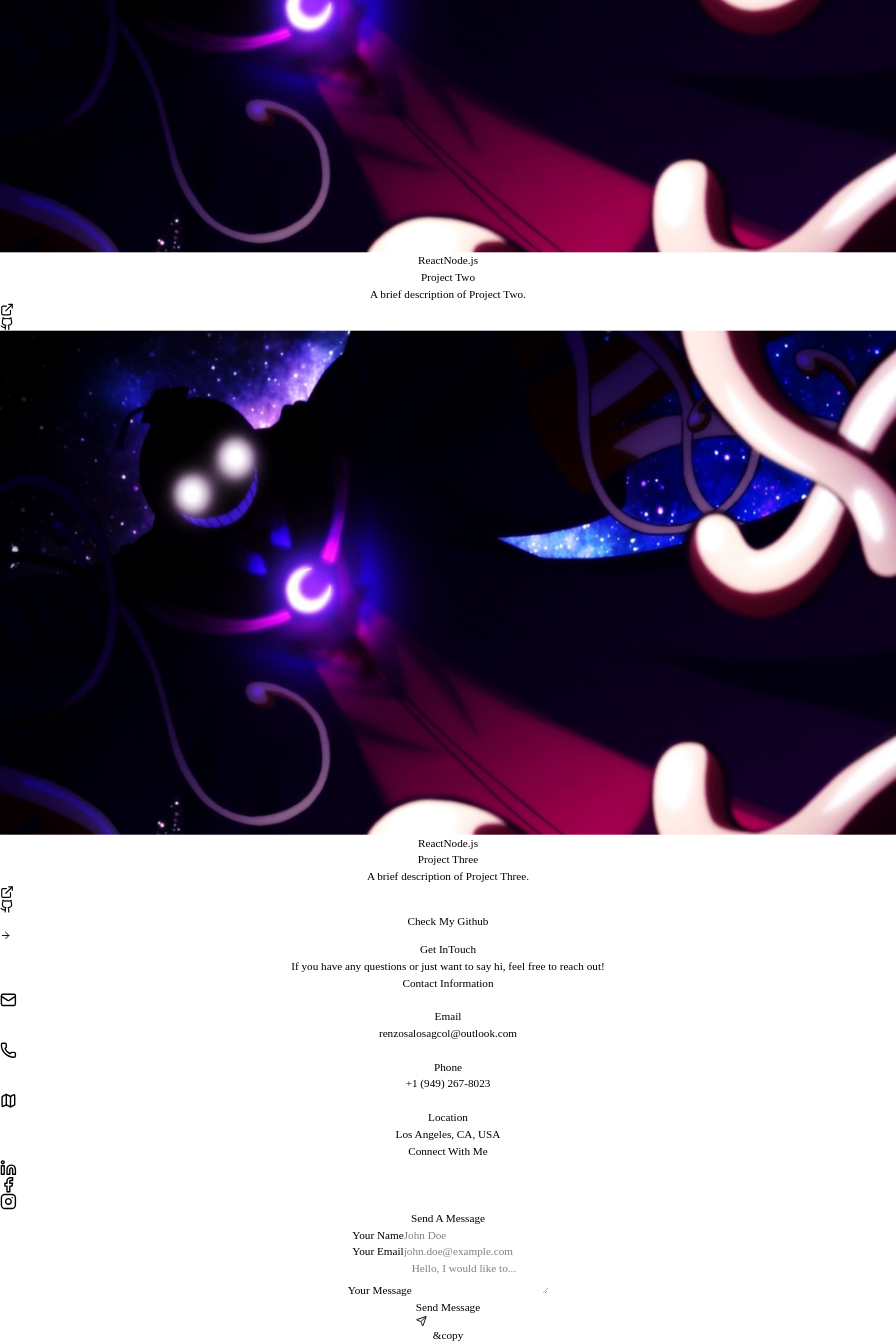
Repository: Renzo-Salosagcol/PERSONAL-PORTFOLIO
Page: /
These files come from the project's save history. The page is drawn as it stood at one moment and after a run of saves; the edit follows.
The browser window is 1280 px wide. The pictures show the part of the page from y = 2688 to 4608 px (the page is 4608 px tall), at 70% of full size.
The project was rebuilt for these pictures with package versions that can differ from the ones it lists, and the page was loaded fresh each time. Also part of the build but not shown: vite.config.js, src/pages/notFound.jsx.

Above is the page before, as saved 2025-10-06 21:43:57.

### src/index.css
@import "tailwindcss";

@theme {
  --color-border: hsl(var(--border));
  --color-background: hsl(var(--background));
  --color-foreground: hsl(var(--foreground));

  --color-primary: hsl(var(--primary));
  --color-primary-foreground: hsl(var(--primary-foreground));

  --color-card: hsl(var(--card));

  --animate-float: float 6s ease-in-out infinite;
  --animate-pulse-subtle: pulse-subtle 4s ease-in-out infinite;
  --animate-fade-in: fade-in 0.7s ease-out forwards;
  --animate-fade-in-delay-1: fade-in 0.7s ease-out 0.2s forwards;
  --animate-fade-in-delay-2: fade-in 0.7s ease-out 0.4s forwards;
  --animate-fade-in-delay-3: fade-in 0.7s ease-out 0.6s forwards;
  --animate-fade-in-delay-4: fade-in 0.7s ease-out 0.8s forwards;
  --animate-meteor: meteor 5s linear infinite;
}

@keyframes float {
  0%,
  100% {
    transform: translateY(0);
  }
  50% {
    transform: translateY(-10px);
  }
}

@keyframes pulse-subtle {
  0%,
  50% {
    opacity: 0.8;
  }
  100% {
    opacity: 1;
  }
}

@keyframes fade-in {
  from {
    opacity: 0;
    transform: translateY(20px);
  }
  to {
    opacity: 1;
    transform: translateY(0);
  }
}

@keyframes meteor {
  0% {
    transform: rotate(215deg) translateX(0);
    opacity: 1;
  }
  70% {
    opacity: 1;
  }
  100% {
    transform: rotate(215deg) translateX(-500px) ;
    opacity: 0;
  }
}

@layer base {
  :root {
    --background: 210 40% 98%;
    --foreground: 222 47% 11%;

    --card: 0 0% 100%;

    --primary: 259 47% 60%;
    --primary-foreground: 210 40% 98%;

    --border: 214 32% 91%;
  }

  .dark {
    --background: 222 47% 4%;
    --foreground: 213 31% 91%;

    --card: 222 47% 8%;

    --primary: 250 65% 65%;
    --primary-foreground: 213 31% 91%;

    --border: 217 33
  }

    * {
      @apply border-border;
    }

    html {
      @apply scroll-smooth;
    }

    body {
      @apply bg-background text-foreground transition-colors duration-300;
      font-feature-settings: "rlig" 1, "calt" 1;
    }
}

@utility container {
  margin-inline: auto;
  padding-inline: 2rem;

  @media (width >= 640px) {
    max-width: 640px;
  }

  @media (width >= 768px) {
    max-width: 768px;
  }

  @media (width >= 1024px) {
    max-width: 1024px;
  }

  @media (width >= 1280px) {
    max-width: 1280px;
  }

  @media (width >= 1400px) {
    max-width: 1400px;
  }

}

@utility text-glow {
  @apply relative;
  text-shadow: 0 0 10px rgb(167, 139, 250, 0.5);
}

@utility card-hover {
  @apply transition-transform duration-300 hover:scale-[1.02] hover:shadow-lg;
}

@utility gradient-border {
  @apply relative rounded-md;
  background: linear-gradient(to right, hsl(var(--card)));
  background-clip: padding-box;
  border: 1px solid transparent;
}

@utility cosmic-button {
  @apply px-5 py-2 rounded-full bg-primary text-primary-foreground font-medium
  transition-all duration-300 hover:shadow-[0_0_10px_rgba(139,92,246,0.5)]
  hover:scale-105 active:scale-95;
}

@utility star {
  @apply absolute bg-white rounded-full;
  box-shadow: 0 0 10px 2px rgba(255, 255, 255, 0.4);
}

@utility meteor {
  @apply absolute bg-linear-to-r from-white to-transparent rounded-full;
  box-shadow: 0 0 10px 5px rgba(255, 255, 255, 0.3);
}

#root {
  max-width: 100%;
  margin: 0 auto;
  padding: 0;
  text-align: center;
}

### src/App.jsx
import { BrowserRouter, Routes, Route } from "react-router-dom"
import { Home } from "./pages/home"
import { NotFound } from "./pages/notFound"

function App() {
  return (
    <>
        <BrowserRouter>
          <Routes>
            <Route index element={<Home />} />
            <Route path="*" element={<NotFound />} />
          </Routes>
        </BrowserRouter>
    </>
  );
}

export default App

### src/pages/home.jsx
import { ThemeToggle } from "../components/ThemeToggle"
import { StarBackground } from "../components/StarBackground"
import { Navbar } from "../components/Navbar"
import { HeroSection } from "../components/HeroSection"
import { AboutSection } from "../components/AboutSection"
import { SkillsSection } from "../components/SkillsSection"
import { ProjectsSection } from "../components/ProjectsSections"
import { ContactSection } from "../components/ContactSection"
import { Footer } from "../components/Footer"


export const Home = () => {
  return (
    <div className="min-h-screen bg-background text-foreground overflow-x-hidden">
      {/* Theme Toggle */}
      <ThemeToggle />

      {/* Background Effects */}
      <StarBackground />

      {/* Navbar */}
      <Navbar />

      {/* Main Content */}
      <main>
        <HeroSection />
        <AboutSection />
        <SkillsSection />
        <ProjectsSection />
        <ContactSection />
      </main>

      {/* Footer */}
      <Footer />
    </div>
  )
}

### src/components/ThemeToggle.jsx
import { useState, useEffect } from "react"
import { Sun, Moon } from "lucide-react"
import { cn } from "@/lib/utils"

export const ThemeToggle = () => {
  const [isDark, setIsDark] = useState(false)

  useEffect(() => {
    const theme = localStorage.getItem("theme")
    if (theme) {
      setIsDark(theme === "dark")
      document.documentElement.classList.toggle("dark", theme === "dark")
    }
  }, [])

  const toggleTheme = () => {
    setIsDark(!isDark)
    document.documentElement.classList.toggle("dark", !isDark)
    localStorage.setItem("theme", !isDark ? "dark" : "light")
  }

  return (
    <button
      onClick={toggleTheme}
      className={cn("fixed max-sm:hidden top-5 right-5 z-50 p-2 rounded-full",
        "transition-color duration-300 focus:outline-hidden"
      )}
    >
      {isDark ? (
        <Sun className="h-6 w-6 text-yellow-300" />
      ) : (
        <Moon className="h-6 w-6 text-blue-900" />
      )}
    </button>

  )
}

### src/components/StarBackground.jsx
import { useState, useEffect } from "react"

// ID, Size, X, Y, Opacity, Animation Duration

export const StarBackground = () => {
  const [stars, setStars] = useState([])
  const [meteors, setMeteors] = useState([])

  useEffect(() => {
    generateStars()
    generateMeteors()

    const handleResize = () => {
      generateStars()
      generateMeteors()
    }

    window.addEventListener("resize", handleResize)
    return () => window.removeEventListener("resize", handleResize)
  }, [])

  const generateStars = () => {
    const numberOfStars = Math.floor(window.innerWidth * window.innerHeight / 10000)

    const newStars = []
    for (let i = 0; i < numberOfStars; i++) {
      newStars.push({
        id: i,
        size: Math.random() * 3 + 1,
        x: Math.random() * 100,
        y: Math.random() * 100,
        opacity: Math.random() * 0.5 + 0.5,
        animationDuration: Math.random() * 4 + 2
      })
    }

    setStars(newStars)
  }

  const generateMeteors = () => {
    const numberOfMeteors = 4
    const newMeteors = []

    for (let i = 0; i < numberOfMeteors; i++) {
      newMeteors.push({
        id: i,
        size: Math.random() * 2 + 1,
        x: Math.random() * 100,
        y: Math.random() * 20,
        delay: Math.random() * 15,
        animationDuration: Math.random() * 3 + 3
      })
    }

    setMeteors(newMeteors)
  }

  return (
    <div className="fixed inset-0 overflow-hidden pointer-events-none z-0">
      {stars.map((star) => (
        <div key={star.id} className="star animate-pulse-subtle" style={{
          width: `${star.size}px`,
          height: `${star.size}px`,
          top: `${star.y}%`,
          left: `${star.x}%`,
          opacity: star.opacity,
          animationDuration: `${star.animationDuration}s`
        }}/>
      ))}

      {meteors.map((meteor) => (
        <div key={meteor.id} className="meteor animate-meteor" style={{
          width: `${meteor.size * 50}px`,
          height: `${meteor.size * 2}px`,
          top: `${meteor.y}%`,
          left: `${meteor.x}%`,
          animationDelay: meteor.delay,
          animationDuration: `${meteor.animationDuration}s`
        }}/>
      ))}
    </div>
    )
}

### src/components/Navbar.jsx
import { useState, useEffect } from 'react'
import { cn } from '@/lib/utils'
import { Menu, X } from 'lucide-react'

const navItems = [
  { name: 'Home', href: '#home' },
  { name: 'About', href: '#about' },
  { name: 'Skills', href: '#skills' },
  { name: 'Projects', href: '#projects' },
  { name: 'Contact', href: '#contact' },
]

export const Navbar = () => {
  const [isScrolled, setIsScrolled] = useState(false)
  const [isMenuOpen, setIsMenuOpen] = useState(false)

  useEffect(() => {
    const handleScroll = () => {
      setIsScrolled(window.scrollY > 10)
    }

    window.addEventListener('scroll', handleScroll)
    return () => {
      window.removeEventListener('scroll', handleScroll)
    }
  }, [])

  return (
    <nav className={cn("fixed w-full z-40 transition-all duration-300",
      isScrolled ? "py-3 bg-background/80 backdrop-blur-md shadow-xs" : "py-5"
    )}>
      <div className="container flex items-center justify-between">
        <a className="text-xl font-bold text-primary flex items-center" href="#hero">
          <span className="relative z-10">
            <span className="text-glow text-foreground"> Renzo Salosagcol </span> Portfolio
          </span>
        </a>

        {/* Desktop Nav */}
        <div className="hidden md:flex space-x-8">
          {navItems.map((item) => (
            <a
              key={item.name}
              className="text-foreground/80 hover:text-primary transition-colors duration-300"
              href={item.href}
            >
              {item.name}
            </a>
          ))}
        </div>

        {/* Mobile Nav */}
        <button
          onClick={() => setIsMenuOpen((prev) => !prev)}
          className="md:hidden p-2 text-foreground z-50"
          aria-label={isMenuOpen}
        >
          {isMenuOpen ? <X size={24} /> : <Menu size={24} />}
        </button>

        <div className={cn("fixed inset-0 bg-background/95 backdrop-blur-md z-40 flex flex-col items-center justify-center",
          "transition-all duration 300 md:hidden",
          isMenuOpen ? "opacity-100 pointer-events-auto" : "opacity-0 pointer-events-none"
        )}>
          <div className="flex flex-col space-y-8 text-xl">
            {navItems.map((item) => (
              <a
                key={item.name}
                className="text-foreground/80 hover:text-primary transition-colors duration-300"
                href={item.href}
                onClick={() => setIsMenuOpen(false)}
              >
                {item.name}
              </a>
            ))}
          </div>
        </div>

      </div>
    </nav>
  )
}

### src/components/HeroSection.jsx
import { ArrowDown } from "lucide-react"

export const HeroSection = () => {
  return (
    <section id="home" className="relative min-h-screen flex flex-col items-center justify-center px-4">
      <div className="container max-w-4xl auto text-center z-10">
        <div className="space-y-6">
          <h1 className="text-4xl md:text-6xl font-bold tracking-tight">
            <span className="opacity-0 animate-fade-in"> Hello, I'm</span>
            <span className="opacity-0 text-primary animate-fade-in-delay-1"> Renzo</span>
            <span className="opacity-0 text-gradient ml-2 animate-fade-in-delay-2">Salosagcol</span>
          </h1>
          <p className="text-lg md-texl-xl text-muted-foreground max-2-2xl mx-auto opacity-0 animate-fade-in-delay-3">
            Include your paragraph text here. This is a brief introduction about yourself, your skills, and what you do.
          </p>

          <div>
            <a href="#projects" className="cosmic-button opacity-0 animate-fade-in-delay-4">
              View My Projects
            </a>
          </div>
        </div>

        <div className="absolute bottom-9 left-1/2 transform -translate-x-1/2 flex flex-col items-center animate-bounce">
          <span className="text-sm text-muted-foreground mb-2"> Scroll </span>
          <ArrowDown className="h-5 w-5 text-primary" />

        </div>

      </div>
    </section>
  )
}

### src/components/AboutSection.jsx
import { Briefcase, Code, User } from 'lucide-react'

export const AboutSection = () => {
  return (
    <section id="about" className="py-24 px-4 relative">
      <div className="container mx-auto max-w-5xl">
        <h2 className="text-3xl md:text-4xl font-bold mb-12 text-center">
          About <span className="text-primary"> Me</span>
        </h2>

        <div className=" grid grid-cols-1 md:grid-cols-2 gap-12 items-center">
          <div className="space-y-6">
            <h3 className="font-semibold">Passionate Full Stack Web Developer</h3>
            <p className="text-muted-foreground">Years, Experiences, technology specialization</p>
            <p className="text-muted-foreground">What are you passionate about?</p>
            <div className="flex flex-col sm:flex-row gap-4 pt-4 justify-center">
              <a href="#contact" className="cosmic-button"> Get In Touch </a>
              <a href="#contact" className="px-6 py-2 rounded-full border border-primary text-primary hover:bg-primary/10 transition-colors duration-300"> Download CV </a>
            </div>
          </div>
          <div className="grid grid-cols-1 gap-6">
            <div className="gradient-border p-6 card-hover">
              <div className="flex items-start gap-4">
                <div className="p-3 rounded-full bg-primary/10">
                  <Code className="h-6 w-6 text-primary"/>
                </div>
                <div className="text-left">
                  <h4 className="font-semibold text-lg">Web Development</h4>
                  <p className="text-muted-foreground">Creating websites</p>
                </div>
              </div>
            </div>
            <div className="gradient-border p-6 card-hover">
              <div className="flex items-start gap-4">
                <div className="p-3 rounded-full bg-primary/10">
                  <User className="h-6 w-6 text-primary"/>
                </div>
                <div className="text-left">
                  <h4 className="font-semibold text-lg">UI/UX design</h4>
                  <p className="text-muted-foreground">Creating user-friendly interfaces</p>
                </div>
              </div>
            </div>
            <div className="gradient-border p-6 card-hover">
              <div className="flex items-start gap-4">
                <div className="p-3 rounded-full bg-primary/10">
                  <Briefcase className="h-6 w-6 text-primary"/>
                </div>
                <div className="text-left">
                  <h4 className="font-semibold text-lg">UI/UX design</h4>
                  <p className="text-muted-foreground">Creating websites</p>
                </div>
              </div>
            </div>

          </div>
        </div>
      </div>
    </section>
  )
}

### src/components/SkillsSection.jsx
import { useState } from "react"

// Dummy Data for Skills Section
const skills = [
  { name: "HTML/CSS", level: 95, category: "Frontend" },
  { name: "JavaScript", level: 90, category: "Frontend" },
  { name: "React", level: 85, category: "Frontend" },
  { name: "Node.js", level: 80, category: "Backend" },
  { name: "Express", level: 75, category: "Backend" },
  { name: "MongoDB", level: 70, category: "Backend" },
  { name: "SQL", level: 65, category: "Backend" },
  { name: "Python", level: 60, category: "Backend" },
  { name: "Django", level: 55, category: "Backend" },
  { name: "Git", level: 50, category: "Tools" },
  { name: "Docker", level: 45, category: "Tools" },
  { name: "AWS", level: 40, category: "Tools" },
]

const categories = ["All", "Frontend", "Backend", "Tools"]


export const SkillsSection = () => {
  const [activeCategory, setActiveCategory] = useState("All")

  const filteredSkills = skills.filter(skill => activeCategory === "All" || skill.category === activeCategory)

  return (
    <section id="skills" className="py-24 px-4 relative bg-secondary/30">
      <div className="container mx-auto max-w-5xl">
        <h2 className="text-3xl md:text-4xl font-bold mb-12 text-center">
          My <span className="text-primary">Skills</span>
        </h2>
        <div className="flex -flex-wrap justify-center mb-12 gap-4">
          {categories.map((category, key) => (
            <button
              key={key}
              className={`px-4 py-2 rounded-md text-sm font-semibold
                hover:cursor-pointer
                ${
                activeCategory === category
                  ? "bg-primary text-primary-foreground"
                  : "bg-secondary/70 text-foreground hover:bg-secondary/90"
              }`}
              onClick={() => setActiveCategory(category)}
            >
              {category}
            </button>
          ))}
        </div>
        <div className="grid grid-cols-1 sm:grid-cols-2 md:grid-cols-3 gap-6">
          {filteredSkills.map((skill, key) => (
            <div key={key} className="bg-card p-6 rounded-lg shadow-xs card-hover">
              <div className="text-left mb-4">
                <h3 className="font-semibold text-lg"> {skill.name}</h3>
              </div>
              <div className="w-full bg-secondary/50 h-2 rounded-full overflow-hidden">
                <div className="bg-primary h-2 rounded-full origin-left animate-[grow_1.5s_ease-out]"
                  style={{ width: `${skill.level}%` }}
                />
              </div>
              <div className="text-right mt-1">
                <span className="text-sm text-muted-foreground">{skill.level}%</span>
              </div>
            </div>
          ))}
        </div>
      </div>
    </section>
  )
}

### src/components/ProjectsSections.jsx
import { ExternalLink, GithubIcon, ArrowRight } from "lucide-react"

const projects = [
  {
    id: 1,
    title: "Project One",
    description: "A brief description of Project One.",
    imageUrl: "/projects/dummy_photo.jpg",
    tags: ["React", "Node.js"],
    demoUrl: "#",
    githubUrl: "#",
  },
  {
    id: 2,
    title: "Project Two",
    description: "A brief description of Project Two.",
    imageUrl: "/projects/dummy_photo.jpg",
    tags: ["React", "Node.js"],
    demoUrl: "#",
    githubUrl: "#",
  },
  {
    id: 3,
    title: "Project Three",
    description: "A brief description of Project Three.",
    imageUrl: "/projects/dummy_photo.jpg",
    tags: ["React", "Node.js"],
    demoUrl: "#",
    githubUrl: "#",
  }
]

export const ProjectsSection = () => {
  return (
    <section id="projects" className="py-24 px-4 relative">
      <div className="container mx-auto max-w-5xl">
        <h2 className="text-3xl md:text-4xl font-bold mb-4 text-center"> Featured <span className="text-primary"> Projects </span></h2>

        <p className="text-center text-muted-foreground mb-12 max-w-2xl mx-auto">
          Here are some of my notable projects that showcase my skills and expertise.
        </p>
        <div className="grid grid-cols-1 md:grid-cols-2 lg:grid-cols-3 gap-8">
          {projects.map((project, key) => (
            <div key={key} className="group bg-card rounded-lg overflow-hidden shadow-xs card-hover">
              <div className="h-48 overflow-hidden">
                <img
                  src={project.imageUrl}
                  alt={project.title}
                  className="w-full h-full object-cover group-hover:scale-110 transition-transform duration-500"
                />
              </div>

              <div className="p-6">
                <div className="flex flex-wrap gap-2 mb-4">
                  {project.tags.map((tag) => (
                    <span className="px-2 py-2 text-xs font-medium rounded-full bg-secondary text-secondary-foreground">{tag}</span>
                  ))}
                </div>

                <h3 className="text-xl font-semibold mb-1">{project.title}</h3>
                <p className="text-muted-foreground text-sm mb-4">{project.description}</p>
                <div className="flex justify-between items-center">
                  <div className="flex space-x-3">
                    <a href={project.demoUrl} target="_blank" rel="noopener noreferrer"
                      className="text-foreground/80 hover:text-primary transtion-colors duration-300">
                      <ExternalLink size={20} />
                    </a>
                    <a href={project.githubUrl} target="_blank" rel="noopener noreferrer"
                      className="text-foreground/80 hover:text-primary transtion-colors duration-300">
                      <GithubIcon size={20} />
                    </a>
                  </div>
                </div>
              </div>
            </div>
          ))}
        </div>
        <div className="text-center mt-12">
          <a className="cosmic-button w-fit flex items-center gap-2 mx-auto hover:cursor-pointer"
            href="https://github.com/Renzo-Salosagcol" target="_blank" rel="noopener noreferrer">
            Check My Github <ArrowRight size={16} />
          </a>

        </div>
      </div>
    </section>
  )
}

### src/components/Footer.jsx


export const Footer = () => {
  return (
    <footer>
      <p> &copy</p>
    </footer>
  )
}

Loaded but not shown: index.html (common file); src/main.jsx (common file); src/lib/utils.js (6 lines, source omitted); src/components/ContactSection.jsx (137 lines, source omitted)

After the next 2 saves:
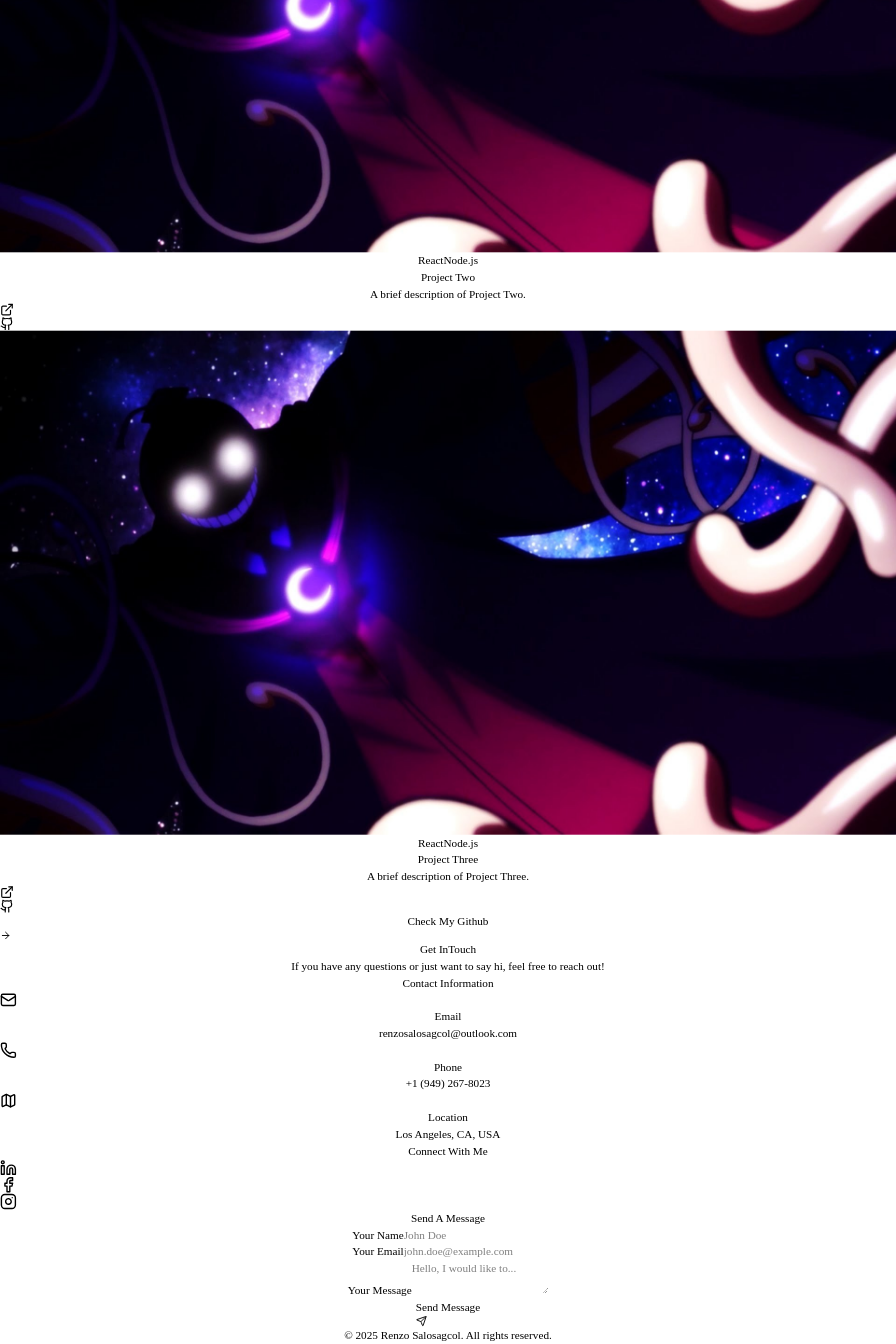
The 2 saves are shown as one change because they came seconds apart.
The last was saved 39 s later.
--- a/src/components/Footer.jsx
+++ b/src/components/Footer.jsx
@@ -3,7 +3,7 @@
 export const Footer = () => {
   return (
     <footer>
-      <p> &copy</p>
+      <p> &copy; {new Date().getFullYear()} Renzo Salosagcol. All rights reserved.</p>
     </footer>
   )
 }
